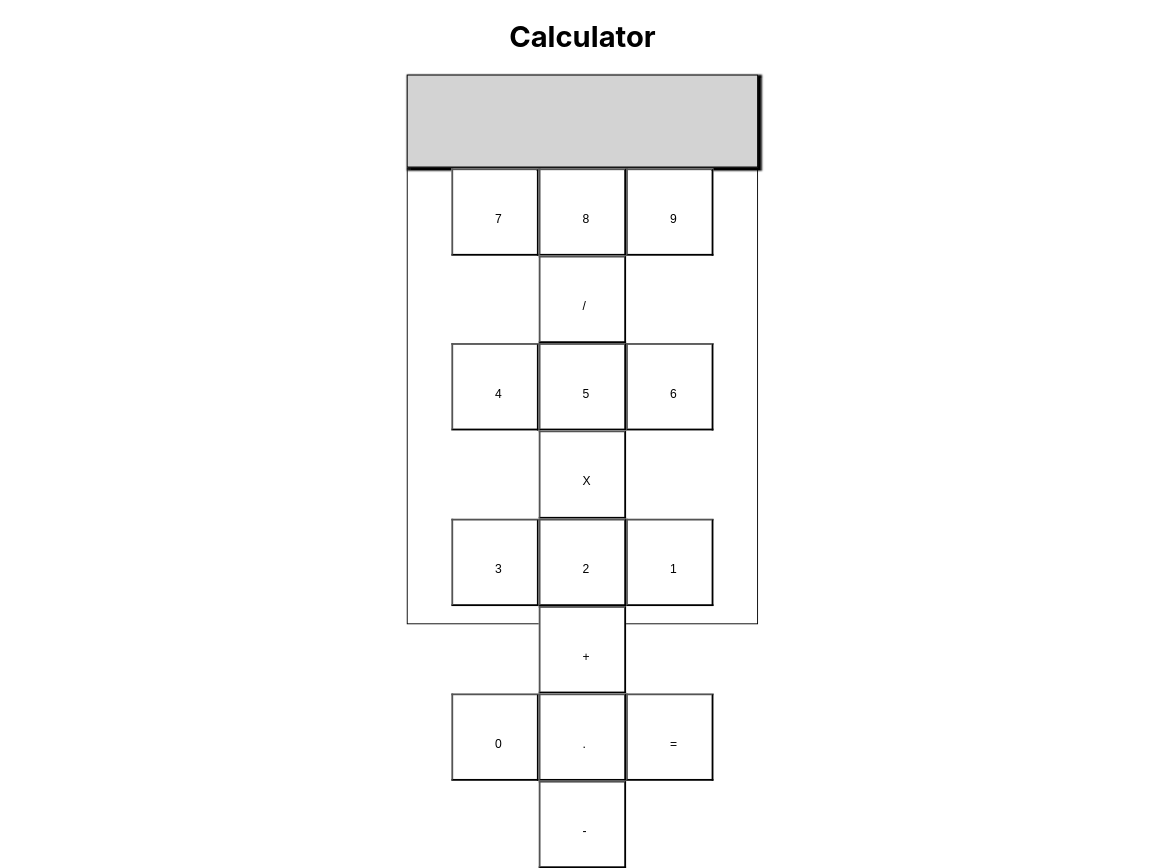
Repository: punitbathija/Placement-Assitance-iNeuron
Page: / (app in React/calculator/)
The author's editor kept a copy of each file at every save. The page is drawn from the files as they stood at one save, then again after the next save.
The browser window is 1280 px wide. The pictures show the whole page, at 91% of full size.
The project was rebuilt for these pictures with package versions that can differ from the ones it lists, and the page was loaded fresh each time.

Above is the page before, as saved 2023-06-05 16:08:30.

### React/calculator/src/index.css
body {
  margin: 0;
  font-family: -apple-system, BlinkMacSystemFont, 'Segoe UI', 'Roboto', 'Oxygen',
    'Ubuntu', 'Cantarell', 'Fira Sans', 'Droid Sans', 'Helvetica Neue',
    sans-serif;
  -webkit-font-smoothing: antialiased;
  -moz-osx-font-smoothing: grayscale;
}

code {
  font-family: source-code-pro, Menlo, Monaco, Consolas, 'Courier New',
    monospace;
}

.screen{
  height: 100px;
  width: 30%;
  border:  1px solid black;
  margin: auto;
  background-color: lightgray;
  box-shadow: 2px 2px 2px 2px;
}


.numpad{
  height: 500px;
  border: 1px solid black;
  width: 30%;
  margin: auto;
}

.btn{
  height: 60px;
  width: 60px;
  background-color: white;
  padding: 12%;
}

### React/calculator/src/App.js
import "./App.css";
import Calculator from "./Calculator";

function App() {
  return (
    <div className="App">
      <h1>Calculator</h1>
      <Calculator />
    </div>
  );
}

export default App;

### React/calculator/src/Calculator.jsx
import React from "react";
import "./index.css";

const Calculator = () => {
  return (
    <div>
      <div className="screen"></div>
      <div className="numpad">
        <div className="firstRow">
          <button className="btn">7</button>
          <button className="btn">8</button>
          <button className="btn">9</button>
          <button className="btn">/</button>
        </div>
        <div className="secondRow">
          <button className="btn">4</button>
          <button className="btn">5</button>
          <button className="btn">6</button>
          <button className="btn">X</button>
        </div>
        <div className="thirdRow">
          <button className="btn">3</button>
          <button className="btn">2</button>
          <button className="btn">1</button>
          <button className="btn">+</button>
        </div>
        <div className="fourthRow">
          <button className="btn">0</button>
          <button className="btn">.</button>
          <button className="btn">=</button>
          <button className="btn">-</button>
        </div>
      </div>
    </div>
  );
};

export default Calculator;

Loaded but not shown: React/calculator/public/index.html (common file); React/calculator/src/index.js (common file); React/calculator/src/App.css (common file)

After the next save:
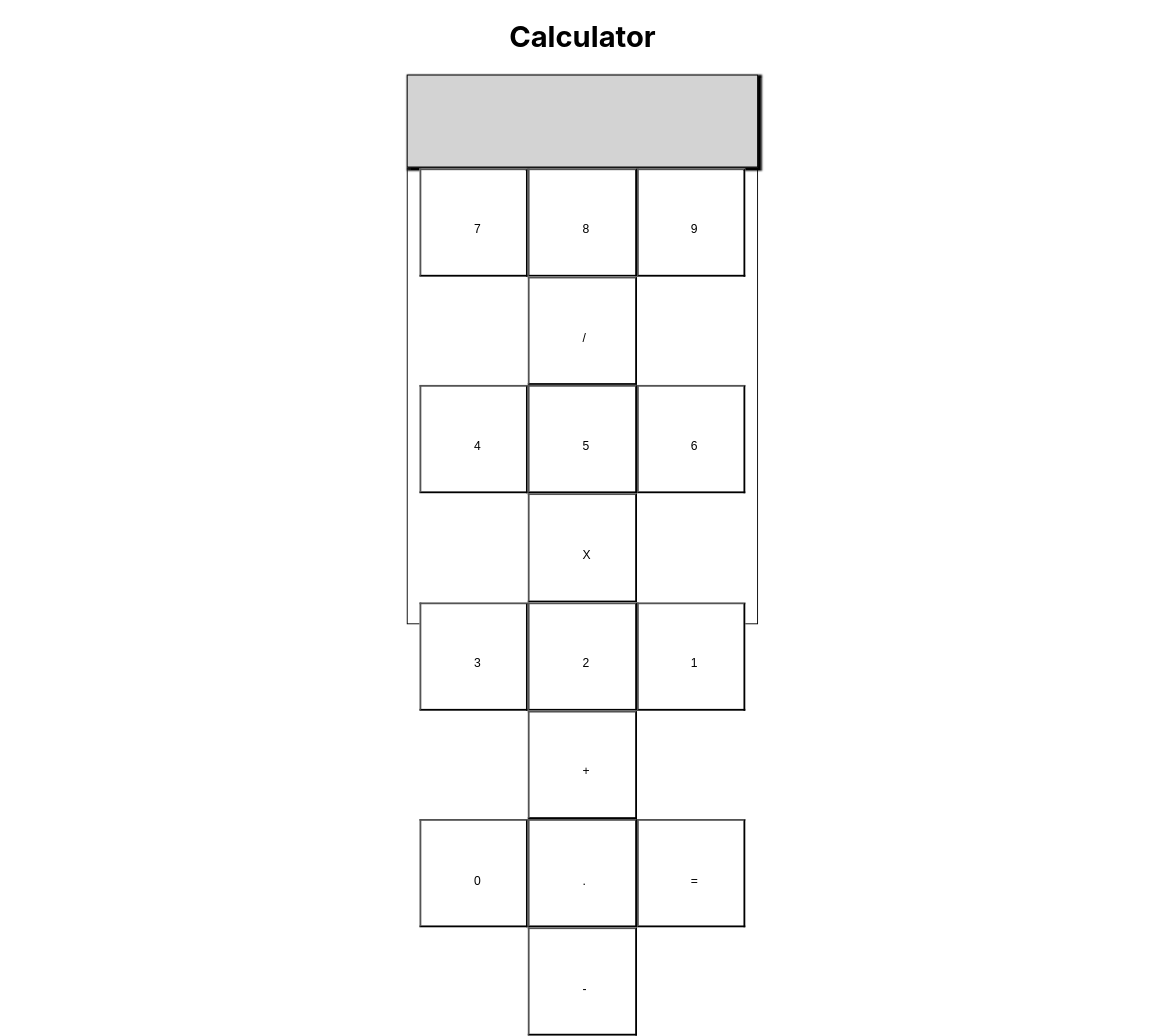
Saved 8 s later.
--- a/React/calculator/src/index.css
+++ b/React/calculator/src/index.css
@@ -33,5 +33,5 @@ code {
   height: 60px;
   width: 60px;
   background-color: white;
-  padding: 12%;
+  padding: 15%;
 }

After the 5 saves that followed:
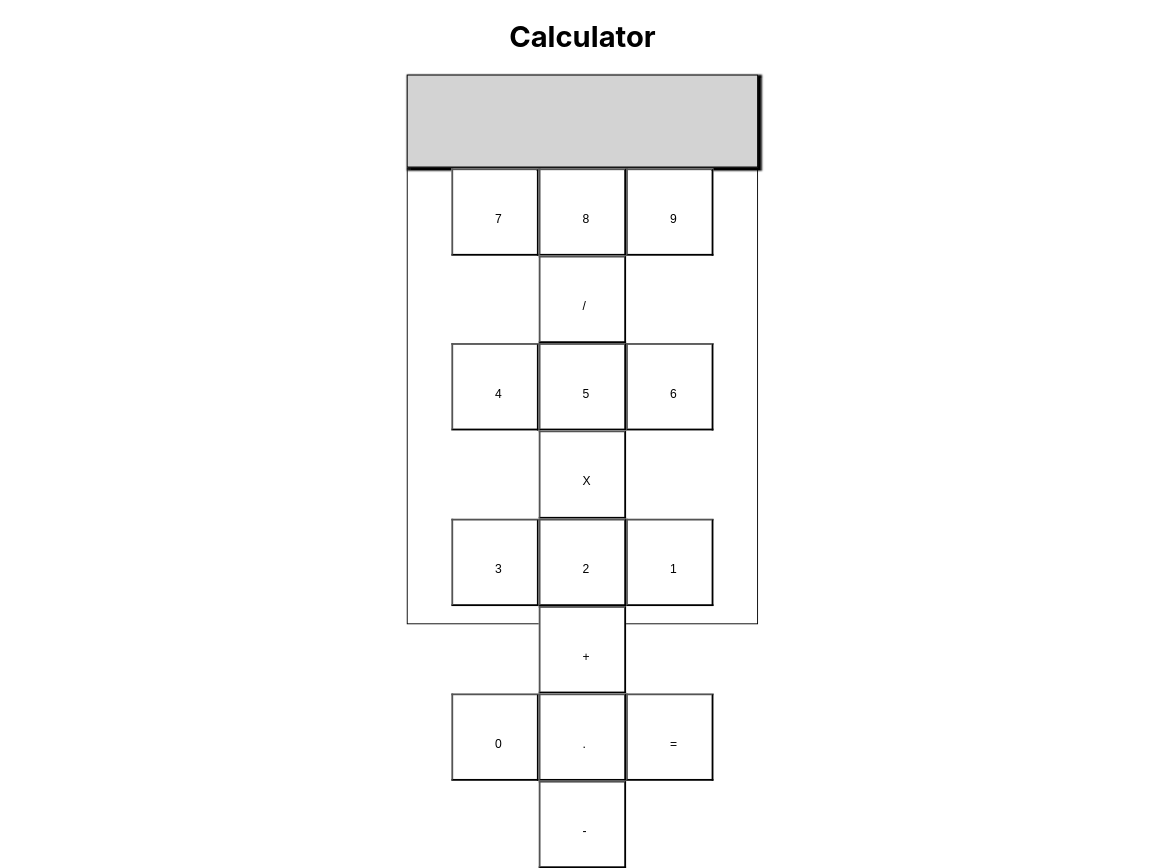
The 5 saves are shown as one change because they came seconds apart.
The last was saved 14 s later.
--- a/React/calculator/src/index.css
+++ b/React/calculator/src/index.css
@@ -33,5 +33,5 @@ code {
   height: 60px;
   width: 60px;
   background-color: white;
-  padding: 15%;
+  padding: 12%;
 }
